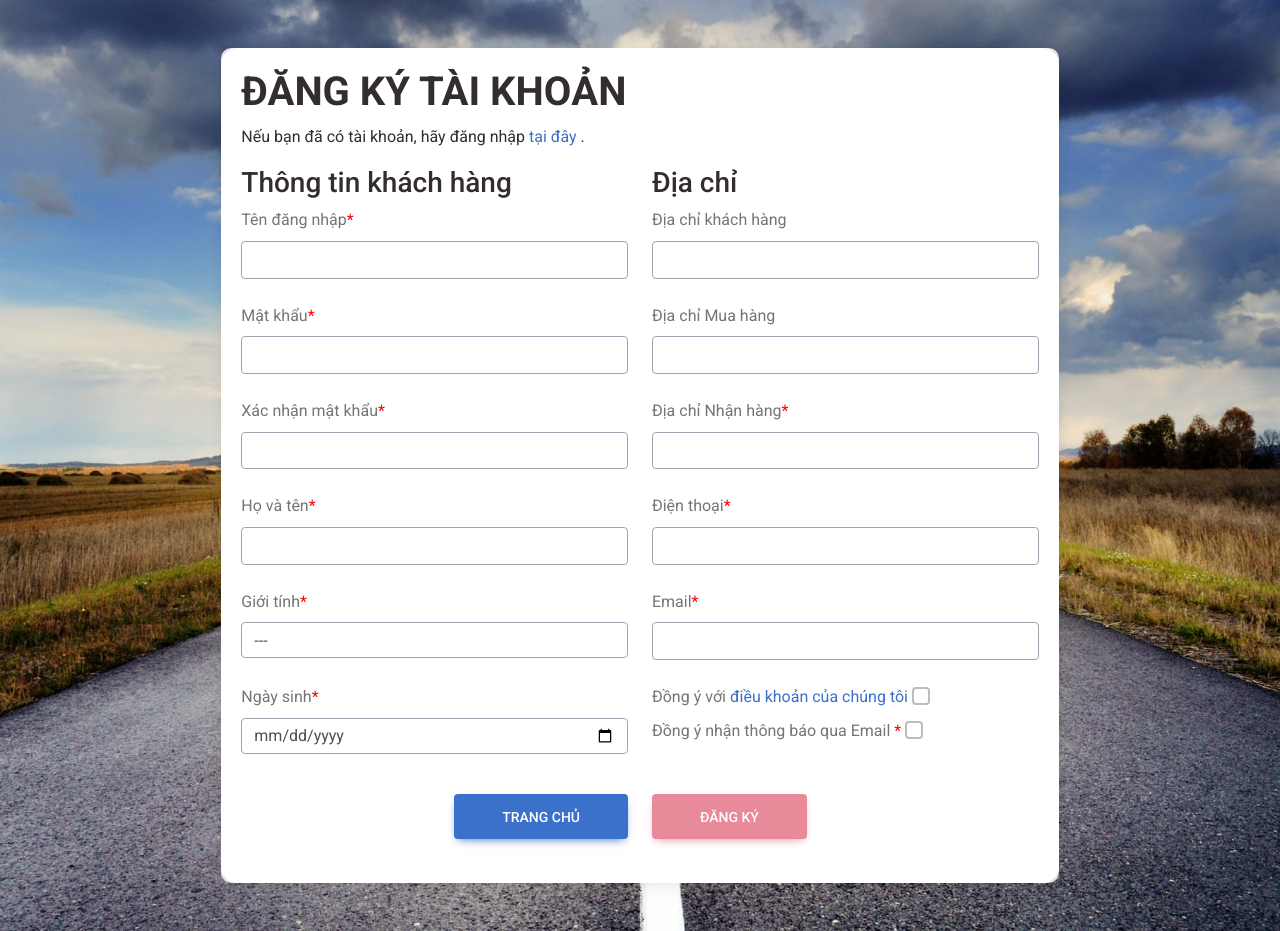
Repository: famtwendev/JSP_workspace
Page: http://localhost/Bai25_Bookstore12_TaoLayoutChoWebsite/KhachHang/dangky.jsp
These files come from the project's save history. The page is drawn as it stood at one moment and after the next save; the edit follows.
The browser window is 1280 px wide. The pictures show the whole page.
The page is served by Tomcat 9. The template is opened directly, without the code that normally fills it, so the values that code supplies are empty.

Above is the page before, as saved 2024-03-25 17:36:10.
Console error: SyntaxError: Cannot use import statement outside a module

After the next save:
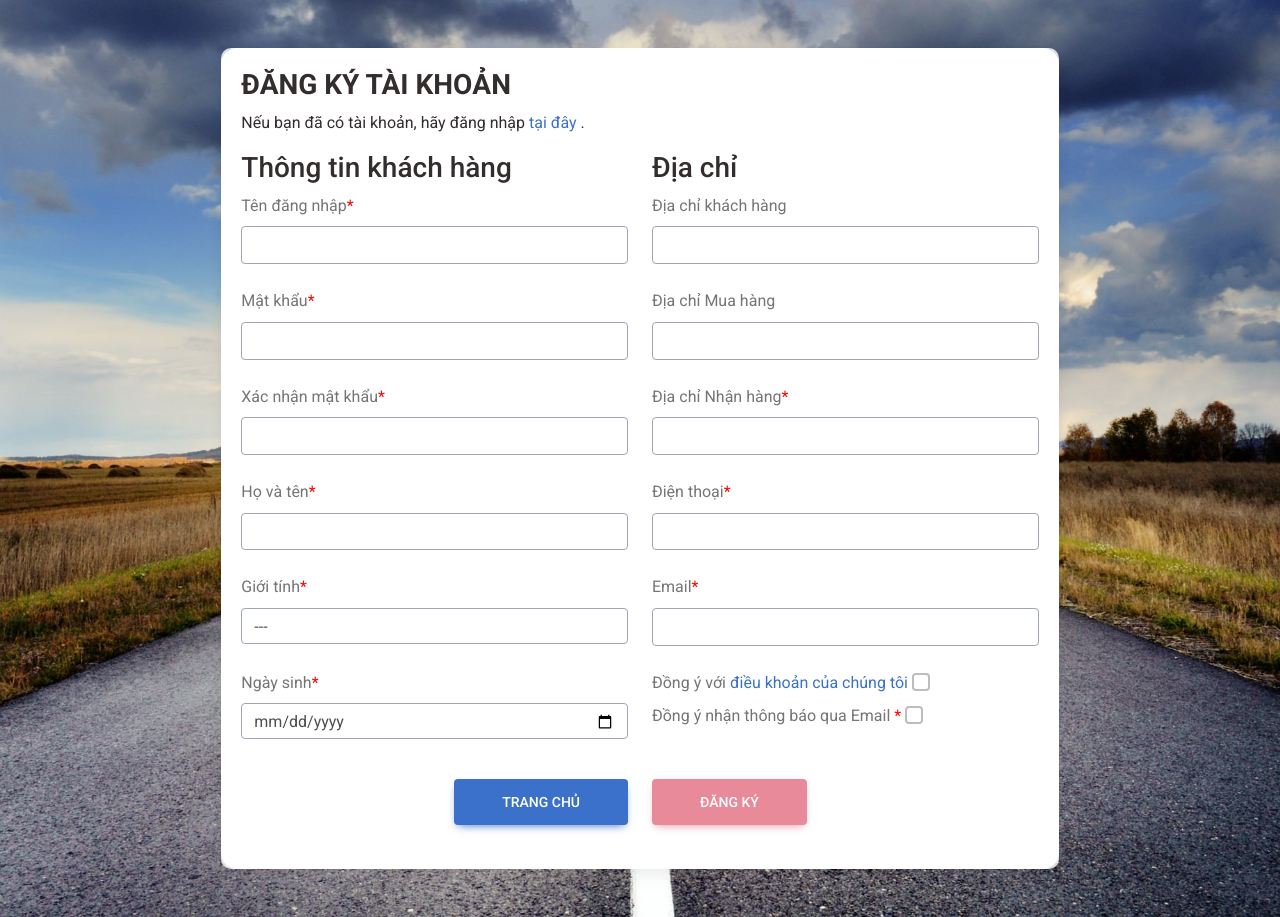
Saved 23 s later.
--- a/Bai25_Bookstore12_TaoLayoutChoWebsite/src/main/webapp/KhachHang/dangky.jsp
+++ b/Bai25_Bookstore12_TaoLayoutChoWebsite/src/main/webapp/KhachHang/dangky.jsp
@@ -91,7 +91,7 @@ session.setAttribute("redirectedFromAnotherPage", true);
 					<div class="card text-dark" style="border-radius: 1rem;">
 						<form id="myForm" class="form needs-validation m-0" action="<%=url%>/khach-hang" method="post">
 							<input type="hidden" name="hanhDong" value="dang-ky">
-							<h1 class="fw-bold">ĐĂNG KÝ TÀI KHOẢN</h1>
+							<h3 class="fw-bold">ĐĂNG KÝ TÀI KHOẢN</h3>
 							<!-- 2 column grid layout with text inputs for the first and last names -->
 							<p>
 								Nếu bạn đã có tài khoản, hãy đăng nhập
